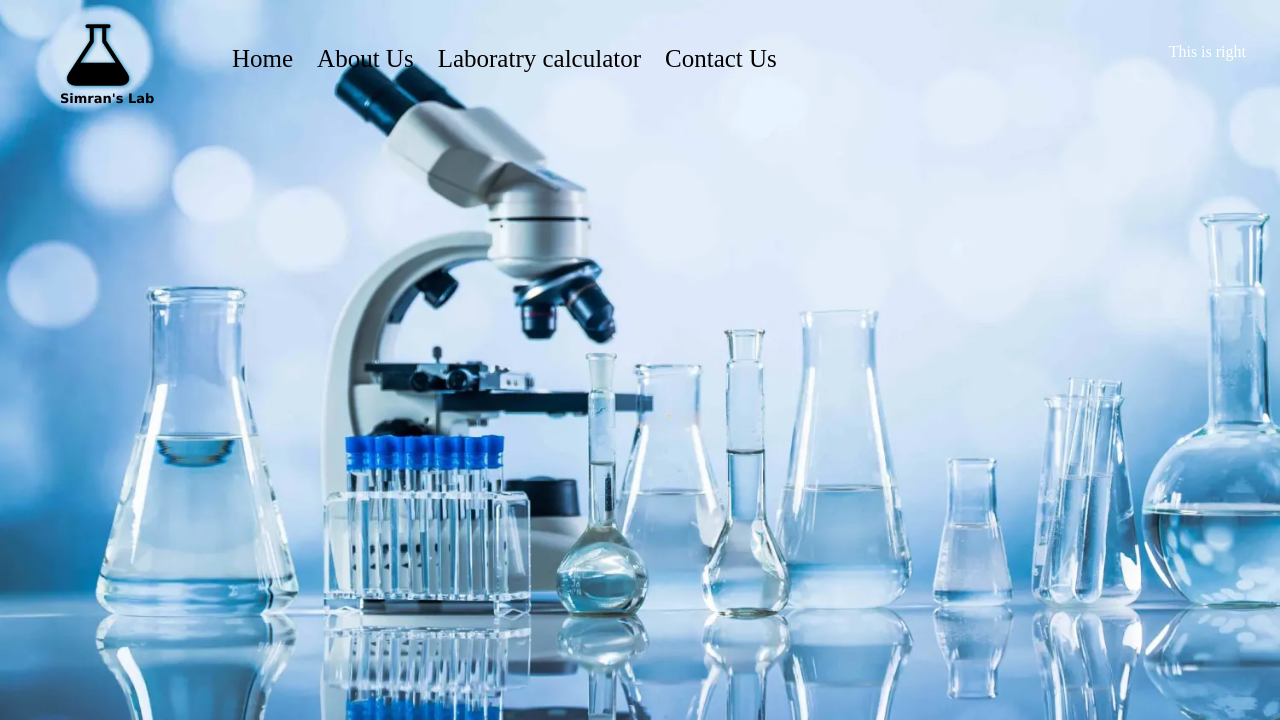
Repository: raisingh22/Simranlearning
Page: html css java/website/index.html
The author's editor kept a copy of each file at every save. The page is drawn from the files as they stood at one save, then again after a run of saves.
The browser window is 1280 px wide. The pictures show the whole page.

Above is the page before, as saved 2024-01-01 18:51:59.

After the next 2 saves:
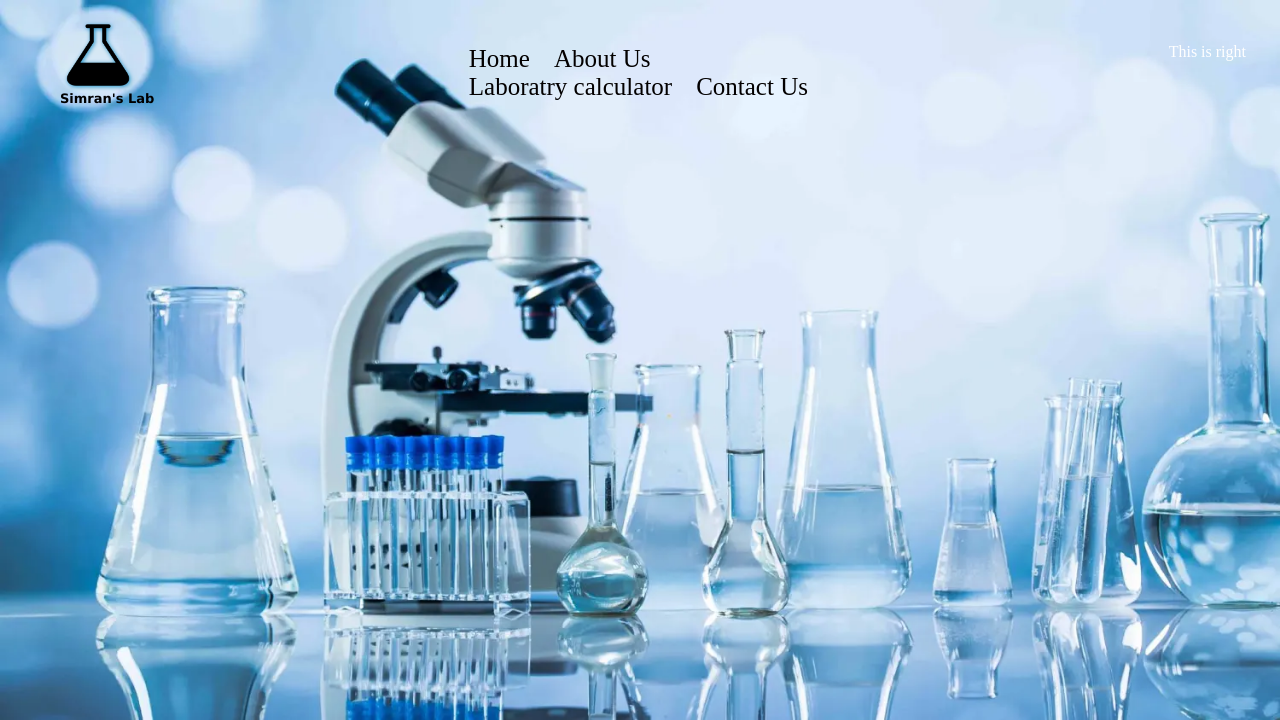
The 2 saves are shown as one change because they came seconds apart.
The last was saved 6 s later.
--- a/html css java/website/index.html
+++ b/html css java/website/index.html
@@ -41,7 +41,7 @@
     }
     .mid{
         display: block;
-        width: 70%;
+        width: 33%;
         margin: 29px auto;
         /* border: 2px solid #427e56; */
         /* background-color: #b7b1b164; */
